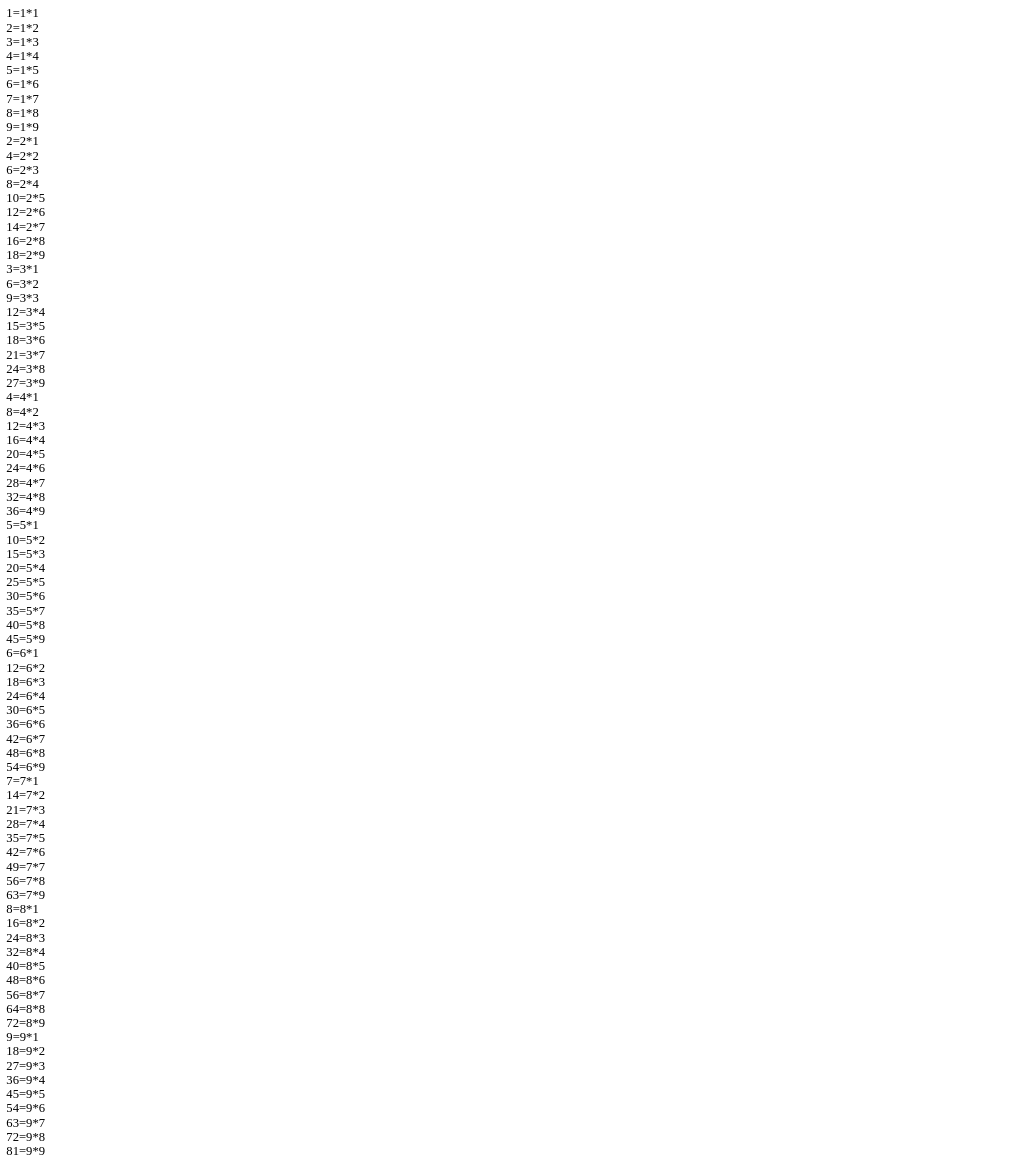
Repository: SuperHamzzi/JSPStudy
Page: http://localhost/JSP01/Gugudan2.jsp
An editor plug-in stored every save of this project. The page is shown before and after the next save, followed by the edit.
The browser window is 1280 px wide. The pictures show the whole page, at 79% of full size.
The page is served by Tomcat 9.

Above is the page before, as saved 2023-06-04 08:12:47.

### JSP01/WebContent/Gugudan2.jsp
<%@ page language="java" contentType="text/html; charset=EUC-KR"
    pageEncoding="EUC-KR"%>
<!DOCTYPE html>
<html>
<head>
<meta charset="EUC-KR">
<title>Insert title here</title>
</head>
<body>
	<%
	for(int i=1; i<10; i++){
		for(int j=1; j<10; j++){
			System.out.println(i);
			%>
			<%= i*j+"="+ i+"*"+j %><br>


			<%
		}
	}
	%>
</body>
</html>

After the next save:
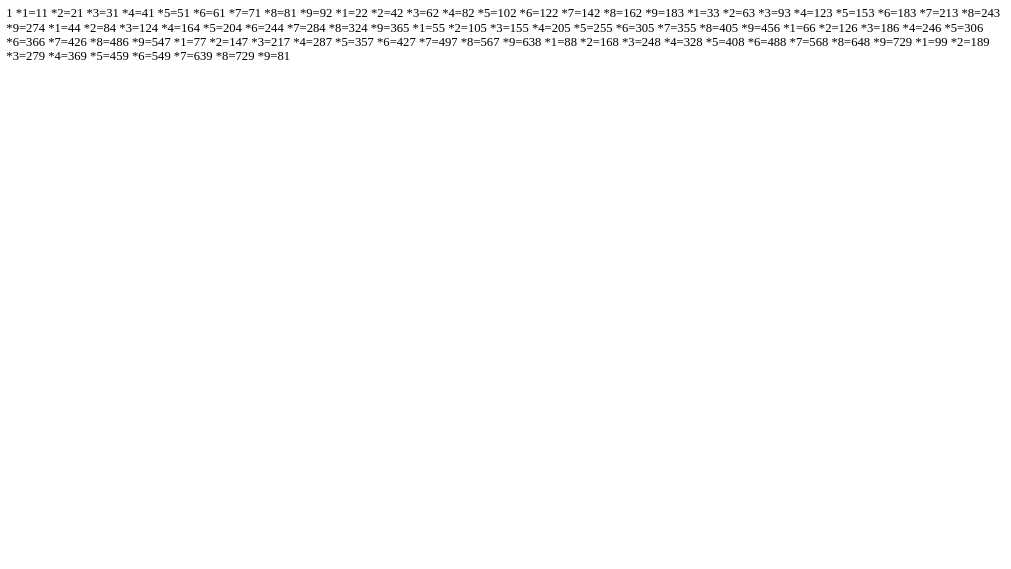
Saved 35 s later.
--- a/JSP01/WebContent/Gugudan2.jsp
+++ b/JSP01/WebContent/Gugudan2.jsp
@@ -10,12 +10,8 @@
 	<%
 	for(int i=1; i<10; i++){
 		for(int j=1; j<10; j++){
-			System.out.println(i);
-			%>
-			<%= i*j+"="+ i+"*"+j %><br>
 
-
-			<%
+		 out.write(i + " *" + j + "=" + i*j);
 		}
 	}
 	%>
